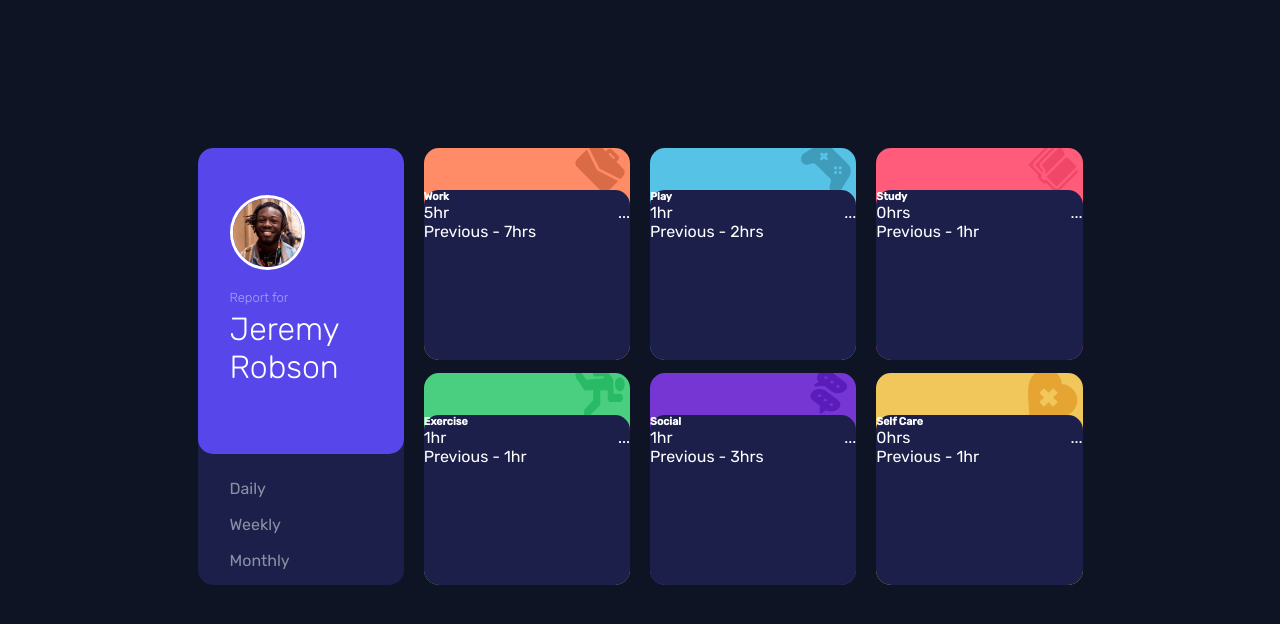
Repository: 3mr-5aled/time-tracking-dashboard-Junior
Page: index.html
The author's editor kept a copy of each file at every save. The page is drawn from the files as they stood at one save, then again after a run of saves.
The browser window is 1280 px wide. The pictures show the whole page.

Above is the page before, as saved 2022-12-27 21:02:02.

### index.html
<!DOCTYPE html>
<html lang="en">
  <head>
    <meta charset="UTF-8" />
    <meta name="viewport" content="width=device-width, initial-scale=1.0" />
    <!-- displays site properly based on user's device -->

    <link
      rel="icon"
      type="image/png"
      sizes="32x32"
      href="./images/favicon-32x32.png"
    />
    <link rel="stylesheet" href="style.css" />

    <title>Frontend Mentor | Time tracking dashboard</title>

    <!-- Feel free to remove these styles or customise in your own stylesheet 👍 -->
    <style>
      .attribution {
        display: none;
        font-size: 11px;
        text-align: center;
      }
      .attribution a {
        color: hsl(228, 45%, 44%);
      }
    </style>
  </head>
  <body>
    <div class="main">
      <div class="user">
        <div class="userData">
          <img src="images/image-jeremy.png" alt="userFace" />
          <div class="userInfo">
            <p>Report for</p>
            <span>Jeremy Robson</span>
          </div>
        </div>
        <div class="filter">
          <button>Daily</button>
          <button>Weekly</button>
          <button>Monthly</button>
        </div>
      </div>
      <div class="work">
        <img class="catImage" src="images/icon-work.svg" alt="" />
        <div class="cardCont">
          <h6 class="cat">Work</h6>
          <span class="optionmenu">...</span>
          <div class="daily">
          5hr
          <!-- daily -->
          <div class="previous">Previous - 7hrs</div>
          <!-- daily -->
          </div>
          <div class="weekly">
          32hrs
          <!-- weekly -->
          <div class="previous">Previous - 36hrs</div>
          <!-- weekly -->
          <div class="monthly">
          103hrs
          <!-- monthly -->
          <div class="previous">Previous - 128hrs</div>
          <!-- monthly -->
          </div>
      </div>
      </div>
      </div>

      <div class="play">
        <img class="catImage" src="images/icon-play.svg" alt="" />
        <div class="cardCont">
          <h6 class="cat">Play</h6>
          <span class="optionmenu">...</span>
          <div class="daily">
          1hr
          <!-- daily -->
          <div class="previous">Previous - 2hrs</div>
          <!-- daily -->
          </div>
          <div class="weekly">
            10hrs
            <!-- weekly -->
            <div class="previous">Previous - 8hrs</div>
            <!-- weekly -->
          </div>
          <div class="monthly">
            23hrs
            <!-- monthly -->
            <div class="previous">Previous - 29hrs</div>
            <!-- monthly -->
        </div>
      </div>
      </div>

      <div class="study">
        <img class="catImage" src="images/icon-study.svg" alt="" />
        <div class="cardCont">
          <h6 class="cat">Study</h6>
          <span class="optionmenu">...</span>
          <div class="daily">
          0hrs
          <!-- daily -->
          <div class="previous">Previous - 1hr</div>
          <!-- daily -->
          </div>
          <div class="weekly">
            4hrs
            <!-- weekly -->
            <div class="previous">Previous - 7hrs</div>
            <!-- weekly -->
          </div>
          <div class="monthly">
            13hrs
            <!-- monthly -->
            <div class="previous">Previous - 19hrs</div>
            <!-- monthly -->
        </div>
      </div>
      </div>

      <div class="exercise">
        <img class="catImage" src="images/icon-exercise.svg" alt="" />
        <div class="cardCont">
          <h6 class="cat">Exercise</h6>
          <span class="optionmenu">...</span>
          <div class="daily">
          1hr
          <!-- daily -->
          <div class="previous">Previous - 1hr</div>
          <!-- daily -->
          </div>
          <div class="weekly">
            4hrs
            <!-- weekly -->
            <div class="previous">Previous - 5hrs</div>
            <!-- weekly -->
          </div>
          <div class="monthly">
            11hrs
            <!-- monthly -->
            <div class="previous">Previous - 18hrs</div>
            <!-- monthly -->
        </div>
        </div>
      </div>


      <div class="social">
        <img class="catImage" src="images/icon-social.svg" alt="" />
        <div class="cardCont">
          <h6 class="cat">Social</h6>
          <span class="optionmenu">...</span>
          <div class="daily">
          1hr
          <!-- daily -->
          <div class="previous">Previous - 3hrs</div>
          <!-- daily -->
          </div>
          <div class="weekly">
            5hrs
            <!-- weekly -->
            <div class="previous">Previous - 10hrs</div>
            <!-- weekly -->
          </div>
          <div class="monthly">
            21hrs
            <!-- monthly -->
            <div class="previous">Previous - 23hrs</div>
            <!-- monthly -->
        </div>
        </div>
      </div>


      <div class="selfCare">
        <img class="catImage" src="images/icon-self-care.svg" alt="" />
        <div class="cardCont">
          <h6 class="cat">Self Care</h6>
          <span class="optionmenu">...</span>
          <div class="daily">
          0hrs
          <!-- daily -->
          <div class="previous">Previous - 1hr</div>
          <!-- daily -->
          </div>
          <div class="weekly">
            2hrs
            <!-- weekly -->
            <div class="previous">Previous - 2hrs</div>
            <!-- weekly -->
          </div>
          <div class="monthly">
            7hrs
            <!-- monthly -->
            <div class="previous">Previous - 11hrs</div>
            <!-- monthly -->
        </div>
      </div>
    </div>


    <div class="attribution">
      Challenge by
      <a href="https://www.frontendmentor.io?ref=challenge" target="_blank"
        >Frontend Mentor</a
      >. Coded by <a href="#">3mr 5aled</a>.
    </div>
  </body>
</html>

### style.css
@import url("https://fonts.googleapis.com/css2?family=Rubik:wght@200;300;400;500&display=swap");

* {
  box-sizing: border-box;
  padding: 0;
  margin: 0;
  font-family: "Rubik", sans-serif;
}

:root {
  /* Primary colors */
  --blue: hsl(246, 80%, 60%);
  --light-orange: hsl(15, 100%, 70%); /*(work)*/
  --soft-blue: hsl(195, 74%, 62%); /*(play)*/
  --light-red: hsl(348, 100%, 68%); /*(study)*/
  --lime-green: hsl(145, 58%, 55%); /*(exercise)*/
  --violet: hsl(264, 64%, 52%); /*(social)*/
  --soft-yellow: hsl(43, 84%, 65%); /*(self care)*/

  /* Neutral colors */
  --very-dark-blue: hsl(226, 43%, 10%);
  --dark-blue: hsl(235, 46%, 20%);
  --light-purple: #5746ea;
  --desaturated-blue: hsl(235, 45%, 61%);
  --pale-blue: hsl(236, 100%, 87%);

  /* card font size */
  --fs-card: 18px;

  /* media quires */
  --mobile-view: 375px;
  --desktop-view: 1440px;
}

body {
  padding: 10px;
  background-color: var(--very-dark-blue);
  color: white;
  display: flex;
  /* align-items: center; */
  justify-content: center;
}

.main {
  display: grid;
  grid-template-columns: 1fr;
  grid-template-rows: repeat(7, 1fr);
  /* grid-row-gap: 10px; */
  grid-column-gap: 20px;
  grid-template-areas:
    "user"
    "work"
    "play"
    "study"
    "exercise"
    "social"
    "selfCare";
}
.user,
.work,
.play,
.study,
.exercise,
.social,
.selfCare {
  overflow: hidden;
  border-radius: 15px;
  margin-top: 0.8rem;
  position: relative;
  /* padding: 1rem; */
  /* margin-right: 0.8rem; */
  /* margin-left: 1rem; */
}
/* start user section */
.user {
  grid-area: user;
  background: var(--dark-blue);
}
.userData {
  display: flex;
  flex-direction: row;
  align-items: center;
  justify-content: center;
  background: var(--light-purple);
  border-radius: 15px;
  padding: 15px;
}
.user img {
  border: 3px solid white;
  border-radius: 50%;
  height: 60px;
  width: 60px;
}
.userInfo {
  margin: 20px 0;
  margin-left: 15px;
}
.userInfo p {
  font-weight: 300;
  color: rgba(255, 255, 255, 0.5);
  padding-bottom: 5px;
  font-size: small;
}
.userInfo span {
  font-weight: 200;
  font-size: x-large;
}

.filter {
  display: flex;
  flex-direction: row;
  align-items: center;
  justify-content: space-evenly;
  margin: 1rem 0;
}

.filter button {
  background: transparent;
  border: none;
  font-size: medium;
  color: rgba(255, 255, 255, 0.5);
}
.filter button:hover {
  color: white;
}
/* end user section */
.monthly {
  display: none;
}
.weekly {
  display: none;
}

.catImage {
  width: 50px;
  height: 50px;
  float: right;
  transform: translate(-5px, -5px);
}
.optionmenu {
  float: right;
}
.cardCont {
  background-color: var(--dark-blue);
  border-radius: 15px;
  position: absolute;
  height: 85%;
  width: 100%;
  bottom: -10px;
}
.work {
  grid-area: work;
  background-color: var(--light-orange);
}
.play {
  grid-area: play;
  background-color: var(--soft-blue);
}
.study {
  grid-area: study;
  background-color: var(--light-red);
}
.exercise {
  grid-area: exercise;
  background-color: var(--lime-green);
}
.social {
  grid-area: social;
  background-color: var(--violet);
}
.selfCare {
  grid-area: selfCare;
  background-color: var(--soft-yellow);
}

@media screen and (min-width: 375px) {
  body {
    align-items: center;
    height: 100vh;
    padding: 50px;
  }
  .main {
    grid-template-columns: repeat(4, 1fr);
    grid-template-rows: repeat(2, 1fr);
    grid-template-areas:
      "user work play study"
      "user exercise social selfCare";
    height: calc(100vh / 1.6);
    width: 75%;
  }

  .user img {
    width: 75px;
    height: 75px;
  }
  .userData {
    flex-direction: column;
    align-items: flex-start;
    justify-content: center;
    height: 70%;
    padding-left: 2rem;
  }
  .userInfo {
    margin-left: 0px;
  }
  .userInfo span {
    word-wrap: break-word;
    /* white-space: warp; */
    font-size: 2em;
  }
  .filter {
    margin-left: 2rem;
    height: 25%;
    /* gap: 5px; */
    align-items: flex-start;
    justify-content: space-around;
    flex-direction: column;
  }
}

After the next 2 saves:
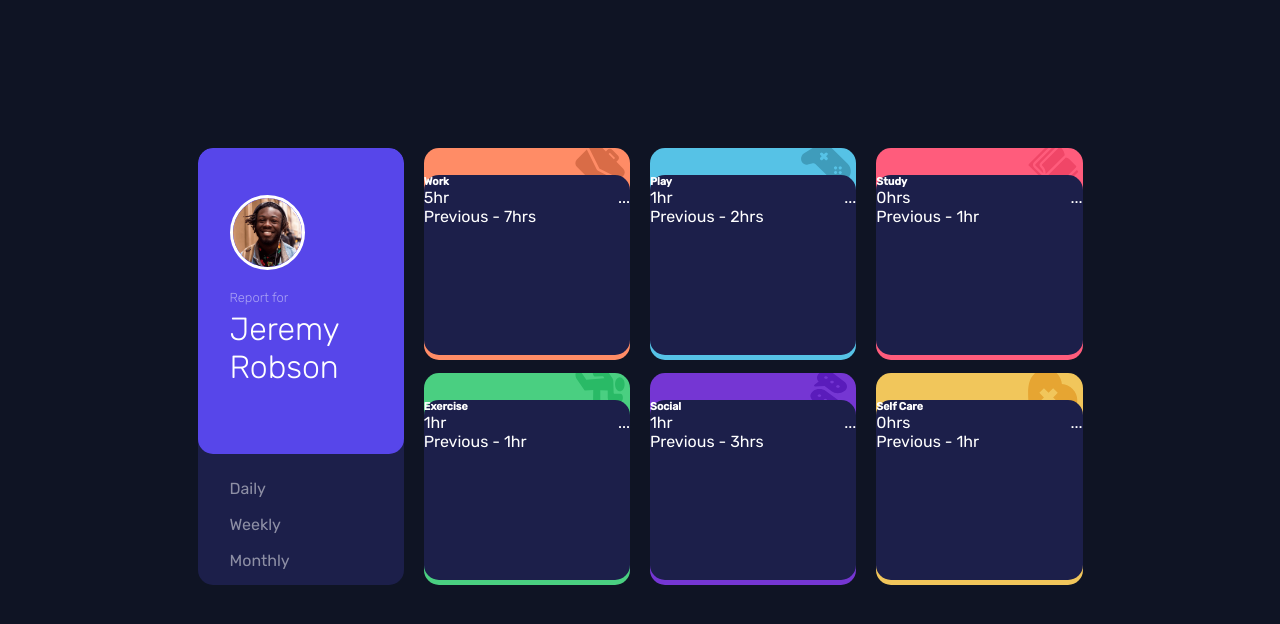
The 2 saves are shown as one change because they came seconds apart.
The last was saved 8 s later.
--- a/style.css
+++ b/style.css
@@ -146,7 +146,7 @@ body {
   position: absolute;
   height: 85%;
   width: 100%;
-  bottom: -10px;
+  bottom: 5px;
 }
 .work {
   grid-area: work;
